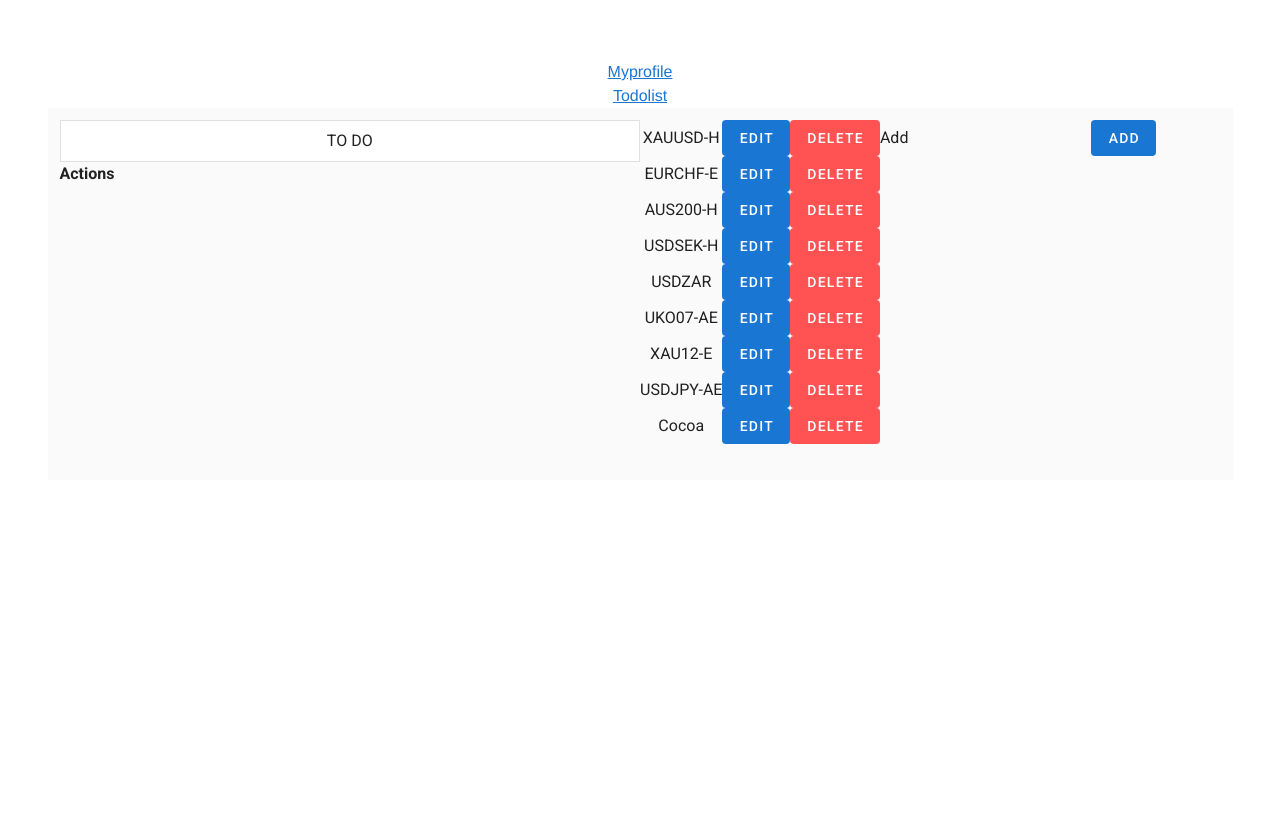
Repository: Shanshan67/todolist
Page: /#/todolist
The author's editor kept a copy of each file at every save. The page is drawn from the files as they stood at one save, then again after the next save.
The browser window is 1280 px wide. The pictures show the whole page.
The project was rebuilt for these pictures with package versions that can differ from the ones it lists, and the page was loaded fresh each time. Requests to the local data server were answered from the project's data file. Also part of the build but not shown: src/pages/Dashboard.vue, src/components/Search.vue, src/components/List.vue, src/pages/Myprofile.vue.

Above is the page before, as saved 2022-07-20 19:43:23.

### index.html
<!DOCTYPE html>
<html>
  <head>
    <meta charset="utf-8">
    <meta name="viewport" content="width=device-width,initial-scale=1.0">
    <link href="https://fonts.googleapis.com/css?family=Roboto:100,300,400,500,700,900" rel="stylesheet">
    <link href="https://cdn.jsdelivr.net/npm/@mdi/font@6.x/css/materialdesignicons.min.css" rel="stylesheet">
    <title>baoge</title>
  </head>
  <body>
    <div id="app"></div>
    <!-- built files will be auto injected -->
  </body>
</html>

### src/main.js
// The Vue build version to load with the `import` command
// (runtime-only or standalone) has been set in webpack.base.conf with an alias.
import Vue from 'vue'
import App from './App'
import router from './router'
import store from './store'
import './plugins/vuetify'
import vuetify from '@/plugins/vuetify'

Vue.config.productionTip = false

/* eslint-disable no-new */
new Vue({
  el: '#app',
  router,
  store,
  vuetify,
  components: { App },
  template: '<App/>'
})

### src/App.vue
<template>
  <v-app>
    <div>
      <HelloWorld/>
    </div>
    <div>
      <router-link to="/profile">Myprofile</router-link>
      <v-spacer></v-spacer>
      <router-link to="/todolist">Todolist</router-link>
    </div>
    <v-content>
      <router-view/>
    </v-content>
  </v-app>
</template>

<script>
import Dashboard from './pages/Dashboard.vue';
export default {
    name: "App",
    components: { Dashboard }
}
</script>

<style>
#app {
  font-family: 'Avenir', Helvetica, Arial, sans-serif;
  -webkit-font-smoothing: antialiased;
  -moz-osx-font-smoothing: grayscale;
  text-align: center;
  color: #2c3e50;
  margin-top: 60px;
}
</style>

### src/router/index.js
import Vue from 'vue'
import Router from 'vue-router'
import Dashboard from '@/pages/Dashboard'
import Myprofile from '../pages/Myprofile'
import Todolist from '../pages/Todolist'

Vue.use(Router)

export default new Router({
  routes: [
    {
      path: '/',
      name: 'Dashboard',
      component: Dashboard
    },
    {
			path:'/profile',
			component:Myprofile
		},
		{
			path:'/todolist',
			component:Todolist
		}
  ]
})

### src/store/index.js
import Vue from 'vue'
import Vuex from 'vuex'
import Axios from "axios"

Vue.use(Vuex)

const todoUrl = "http://localhost:3000/todos";

const actions = {
	searchName(context,value){
		Axios.get(`${todoUrl}/${value}`).then(response => {
            context.commit('searchName', response.data);
			console.log(response.data)
        });
	}
}


const mutations = {
	searchName(state,data){
		state.users = data
	}
}

const state = {
	users:[]
}

export default new Vuex.Store({
	state,
	actions,
	mutations
})

### src/plugins/vuetify.js
// src/plugins/vuetify.js

import Vue from 'vue'
import Vuetify from 'vuetify'
import 'vuetify/dist/vuetify.min.css'

Vue.use(Vuetify, {
    iconfont: 'md',
    theme:{
        primary: '#962ff',
        success: '#3cd1c2',
        info: '#ffaa2c',
        error: '#f83e70',
    }
})

const opts = {}

export default new Vuetify(opts)

### src/pages/Todolist.vue
<template>
	<div>
		<v-app id="inspire">
    		<v-container class="grey lighten-5">
				<v-row class="mb-6" no-gutters>
					<v-col sm="5" md="6">
						<v-card class="pa-2" outlined tile>TO DO</v-card>
						<th>Actions</th>
					</v-col>
					<tbody>
						<tr v-for="(item, i) in todoList" :key="i">
							<td class="align-middle w-75">
								{{item.name}}
							</td>
							<td class="align-middle text-center w-75">
								<v-btn
        							depressed
        							color="primary"
									@click="handleEdit(item.id)">Edit</v-btn>
      		 					<v-btn
        							depressed
        							color="error"
									@click="handleDelete(item.id)">Delete</v-btn>
							</td>
						</tr>
					</tbody>
					<tfoot>
						<td class="align-middle text-center w-75">
							<div class="form-group">
								<label for="">
									{{ editMode ? "Edit" : "Add" }}</label>
								<input
									type="text"
									class="form-control"
									v-model="todoItem.name"
								/>
							</div>
						</td>
						<td class="align-middle text-center w-25">
							<v-btn
        						depressed
        						color="primary"
								@click="handleToDoItem">{{ editMode ? "Edit" : "Add" }}</v-btn>
							<v-btn
								v-if="editMode"
        						depressed
        						color="error"
								@click="handleCancel">Cancel</v-btn>
						</td>
					</tfoot>
				</v-row>
			</v-container>
  		</v-app>
	</div>
</template>

<script>
	import Axios from "axios";
	const todoUrl = "http://localhost:3000/todos";
	export default {
		name:'Todolist',
		data() {
			return {
				todoList:[],
				todoItem:{},
				editMode:false
			}
		},
		methods: {
			handleEdit(id){
				this.editMode=true;
				this.todoItem=this.todoList.find((item) => item.id == id);
			},
			handleCancel() {
				this.editMode=false;
				this.todoItem="";
			},
			async handleToDoItem(){
				const id=this.todoItem.id;
				if(this.editMode){
					await Axios.put(`${todoUrl}/${id}`, this.todoItem);
					this.editMode=false;
					this.todoItem.name="";
				}else{
					await Axios.post(todoUrl, this.todoItem);
					this.todoItem.name = "";
				}
				Axios.get(todoUrl).then((response) => (this.todoList = response.data));
			},
			async handleDelete(id) {
				await Axios.delete(`${todoUrl}/${id}`);
				Axios.get(todoUrl).then((response) => (this.todoList = response.data));
			}
		},
		created() {
			Axios.get(todoUrl).then((response) => (this.todoList = response.data));
		}
	}
</script>

### db.json
{
  "todos": [
    {
      "id": 2,
      "server_id": 3,
      "name": "XAUUSD-H",
      "description": "Gold vs USD",
      "currency": "USD",
      "type": 4,
      "digits": 2,
      "trade": 0,
      "swap_long": -1.83625,
      "swap_short": 1.82325,
      "contract_size": 100
    },
    {
      "id": 3,
      "server_id": 3,
      "name": "EURCHF-E",
      "description": "Euro vs Swiss Franc",
      "currency": "EUR",
      "type": 6,
      "digits": 5,
      "trade": 0,
      "swap_long": 0.027,
      "swap_short": -0.825,
      "contract_size": 100000
    },
    {
      "id": 4,
      "server_id": 3,
      "name": "AUS200-H",
      "description": "S&P/ASX200",
      "currency": "AUD",
      "type": 4,
      "digits": 2,
      "trade": 0,
      "swap_long": 0.68,
      "swap_short": -1.06,
      "contract_size": 1
    },
    {
      "id": 5,
      "server_id": 3,
      "name": "USDSEK-H",
      "description": "US Dollar vs Swedish Krona",
      "currency": "USD",
      "type": 4,
      "digits": 5,
      "trade": 0,
      "swap_long": 0.256,
      "swap_short": -1.44,
      "contract_size": 100000
    },
    {
      "id": 6,
      "server_id": 3,
      "name": "USDZAR",
      "description": "US Dollar vs South African Rand",
      "currency": "USD",
      "type": 0,
      "digits": 5,
      "trade": 2,
      "swap_long": -23.004,
      "swap_short": 5.88,
      "contract_size": 100000
    },
    {
      "id": 8,
      "server_id": 3,
      "name": "UKO07-AE",
      "description": "Brent Crude Oil Cash Future 0124-0530",
      "currency": "USD",
      "type": 29,
      "digits": 3,
      "trade": 0,
      "swap_long": -8.604,
      "swap_short": 4.626,
      "contract_size": 1000
    },
    {
      "id": 9,
      "server_id": 3,
      "name": "XAU12-E",
      "description": "Gold Future",
      "currency": "USD",
      "type": 4,
      "digits": 2,
      "trade": 0,
      "swap_long": -11.088,
      "swap_short": 0.792,
      "contract_size": 100
    },
    {
      "id": 10,
      "server_id": 3,
      "name": "USDJPY-AE",
      "description": "US Dollar vs Japanese Yen",
      "currency": "USD",
      "type": 27,
      "digits": 3,
      "trade": 0,
      "swap_long": 1.35,
      "swap_short": -4.191,
      "contract_size": 100000
    },
    {
      "id": 11,
      "server_id": 3,
      "name": "Cocoa",
      "description": "US Cocoa",
      "currency": "USD",
      "type": 20,
      "digits": 1,
      "trade": 0,
      "swap_long": -12.3289,
      "swap_short": 7.3873,
      "contract_size": 10
    }
  ]
}

After the next save:
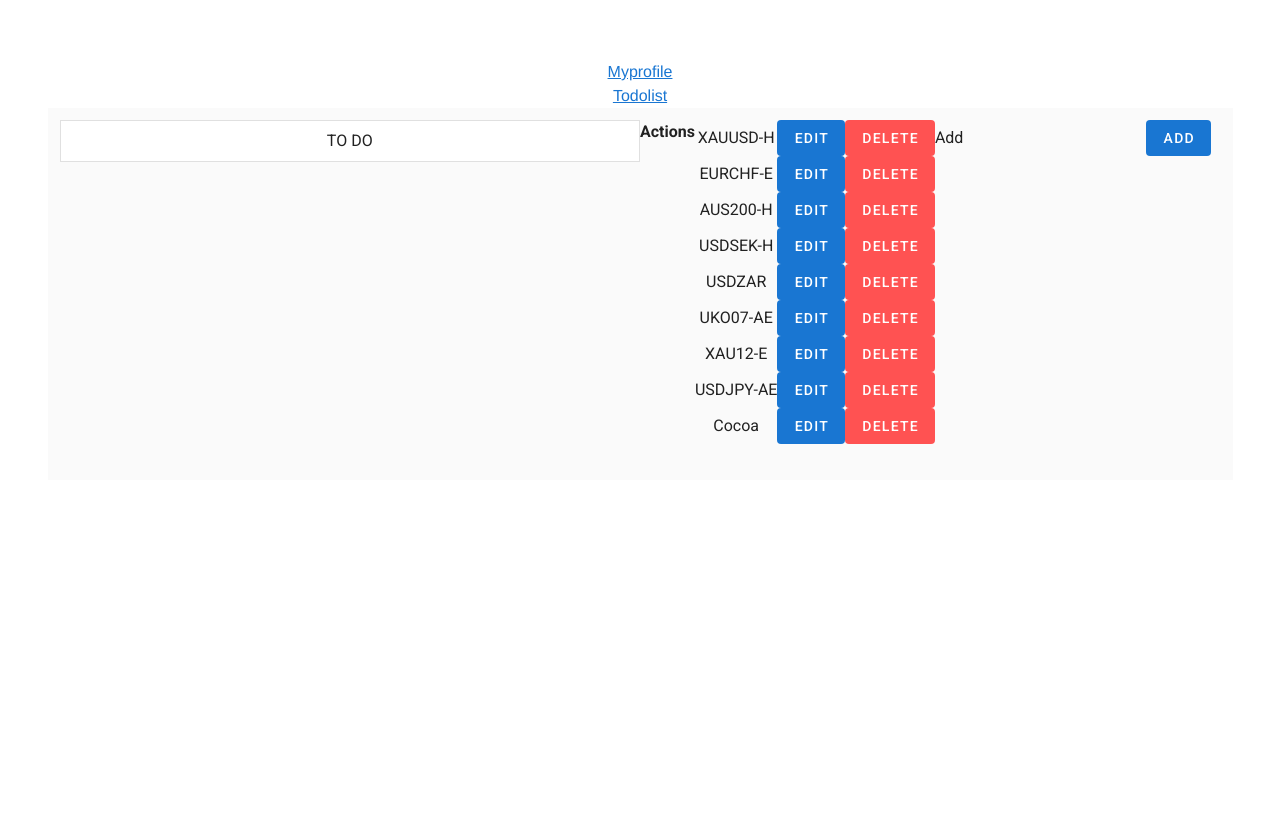
Saved 51 s later.
--- a/src/pages/Todolist.vue
+++ b/src/pages/Todolist.vue
@@ -5,8 +5,9 @@
 				<v-row class="mb-6" no-gutters>
 					<v-col sm="5" md="6">
 						<v-card class="pa-2" outlined tile>TO DO</v-card>
-						<th>Actions</th>
 					</v-col>
+
+					<th>Actions</th>
 					<tbody>
 						<tr v-for="(item, i) in todoList" :key="i">
 							<td class="align-middle w-75">
